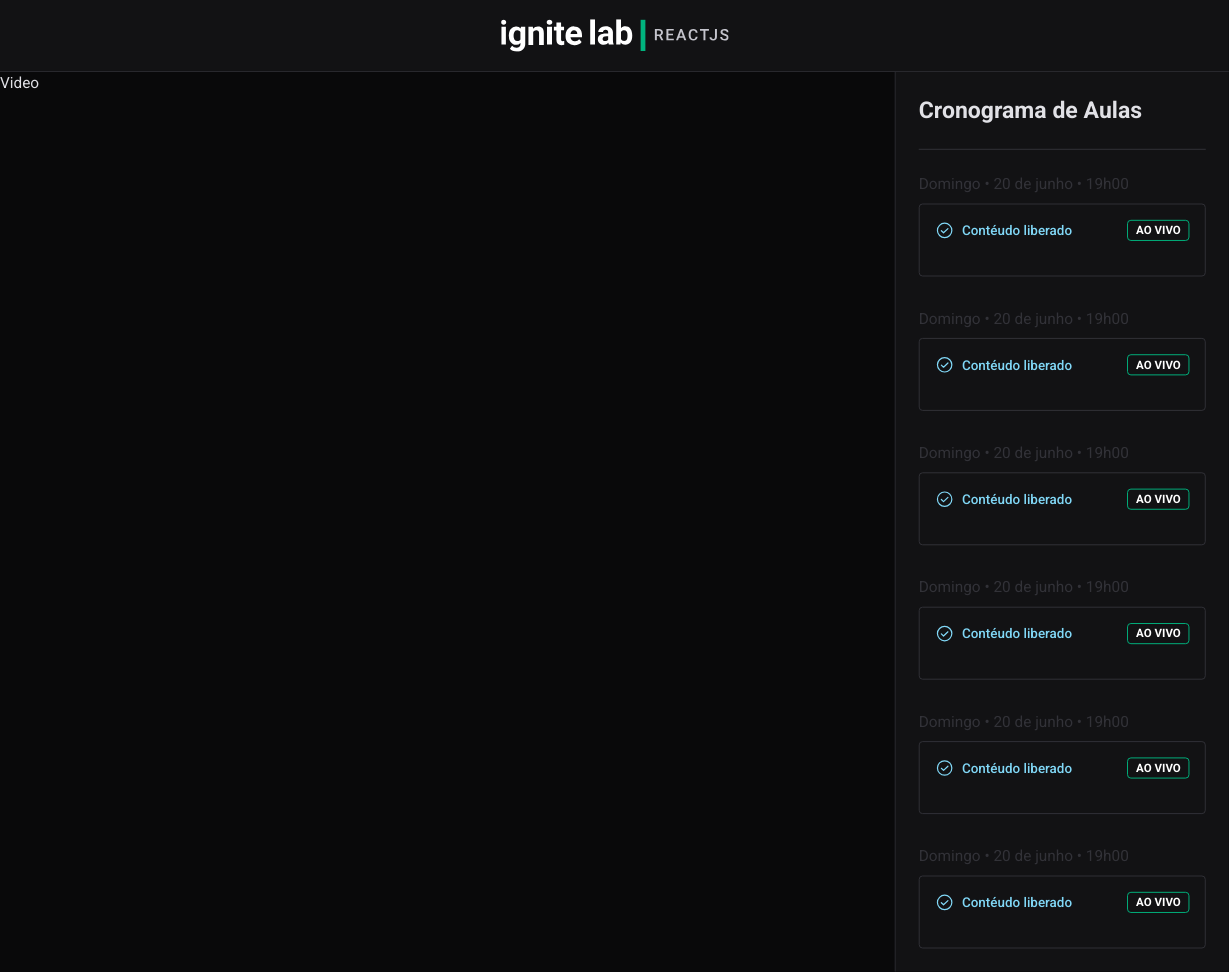
Repository: guilhermecardoso93/ignitelab
Page: /
These files come from the project's save history. The page is drawn as it stood at one moment and after the next save; the edit follows.
The browser window is 1280 px wide. The pictures show the whole page, at 96% of full size.
The project was rebuilt for these pictures with package versions that can differ from the ones it lists, and the page was loaded fresh each time. Also part of the build but not shown: vite.config.ts.

Above is the page before, as saved 2022-06-23 19:14:12.

### index.html
<!DOCTYPE html>
<html lang="en">
  <head>
    <meta charset="UTF-8" />
    <link rel="icon" type="image/svg+xml" href="/src/favicon.svg" />
    <link rel="preconnect" href="https://fonts.googleapis.com" />
    <link rel="preconnect" href="https://fonts.gstatic.com" crossorigin />
    <link
      href="https://fonts.googleapis.com/css2?family=Roboto:wght@400;500;700&display=swap"
      rel="stylesheet"
    />
    <meta name="viewport" content="width=device-width, initial-scale=1.0" />
    <title>Ignite Lab</title>
  </head>
  <body>
    <div id="root"></div>
    <script type="module" src="/src/main.tsx"></script>
  </body>
</html>

### src/main.tsx
import { ApolloProvider } from "@apollo/client";
import React from "react";
import ReactDOM from "react-dom/client";
import { App } from "./App";
import { client } from "./lib/apollo";

import "./styles/global.css";

ReactDOM.createRoot(document.getElementById("root")!).render(
  <React.StrictMode>
    <ApolloProvider client={client}>
      <App />
    </ApolloProvider>
  </React.StrictMode>
);

### src/App.tsx
import { Event } from "./pages/Event";

export function App() {
  return (
    <div>
      <Event />
    </div>
  );
}

### src/lib/apollo.ts
import { ApolloClient, InMemoryCache } from "@apollo/client";

export const client = new ApolloClient({
  uri: "https://api-sa-east-1.graphcms.com/v2/cl4orc0220r0201xnfce43eoi/master",
  cache: new InMemoryCache()
});

### src/pages/Event.tsx
import { Header } from "../components/Header";
import { Sidebar } from "../components/Sidebar";
import { Video } from "../components/Video";

export function Event() {
  return (
    <div className="flex flex-col min-h-screen">
      <Header />
      <main className="flex flex-1">
        <Video />
        <Sidebar />
      </main>
    </div>
  );
}

### src/components/Header/index.tsx
import { Logo } from "../Logo";

export function Header() {
  return (
    <header className='w-full py-5 flex items-center justify-center bg-gray-700 border-b border-gray-600'>
      <Logo/>
    </header>
  );
}

### src/components/Sidebar/index.tsx
import { Lesson } from "../Lesson";

export function Sidebar() {
  return (
    <aside className="w-[348px] bg-gray-700 p-6 border-l border-gray-600">
      <span className="font-bold text-2xl pb-6 mb-6 border-b border-gray-500 block">
        Cronograma de Aulas
      </span>

      <div className="flex flex-col gap-8">
        <Lesson/>
        <Lesson/>
        <Lesson/>
        <Lesson/>
        <Lesson/>
        <Lesson/>
      </div>
    </aside>
  );
}

### src/components/Video/index.tsx
export function Video() {
  return (
    <div className='flex-1'>
      <h1>Video</h1>
    </div>

  );
}

### src/components/Logo/index.tsx
export function Logo() {
  return (
    <svg
      xmlns="http://www.w3.org/2000/svg"
      width="237"
      height="34"
      fill="none"
      viewBox="0 0 237 34"
    >
      <path
        fill="#fff"
        d="M.002 3.112a2.49 2.49 0 01.165-.987c.12-.314.304-.595.535-.83A2.906 2.906 0 012.615.572c.698 0 1.374.257 1.912.723.23.24.412.524.536.837a2.701 2.701 0 010 1.979 2.568 2.568 0 01-.536.837 2.889 2.889 0 01-1.907.723 2.901 2.901 0 01-1.908-.723 2.458 2.458 0 01-.538-.84 2.645 2.645 0 01-.172-.996zm4.96 23.146H.273V7.862h4.689v18.397zM8.012 16.973c0-2.853.686-5.145 2.055-6.883a6.653 6.653 0 015.528-2.606 5.869 5.869 0 014.802 2.09l.2-1.751h4.538v17.95a7.891 7.891 0 01-1.12 4.246 7.243 7.243 0 01-3.147 2.752 11.155 11.155 0 01-4.742.94c-1.378 0-2.74-.279-4.008-.812a7.08 7.08 0 01-2.946-2.11l2.208-3.02a5.905 5.905 0 004.543 2.08 4.356 4.356 0 003.104-1.059 3.938 3.938 0 001.103-2.993v-.994a5.775 5.775 0 01-4.555 1.935 6.647 6.647 0 01-3.05-.652 6.615 6.615 0 01-2.408-1.967c-1.397-1.752-2.085-4.089-2.085-6.942v-.21h-.025l.005.006zm4.997.355a6.723 6.723 0 001.026 3.956 3.233 3.233 0 002.799 1.443c.651.045 1.3-.088 1.878-.39a3.52 3.52 0 001.396-1.305v-7.825a3.448 3.448 0 00-1.374-1.305 3.504 3.504 0 00-1.86-.39 3.28 3.28 0 00-1.61.365 3.22 3.22 0 00-1.219 1.103c-.688.975-1.036 2.418-1.036 4.348zM33.098 7.833l.158 2.196a6.527 6.527 0 012.371-1.927 6.38 6.38 0 012.971-.62c1.97 0 3.438.597 4.39 1.79.953 1.194 1.456 2.936 1.486 5.293v12.249h-4.962V14.683a3.367 3.367 0 00-.684-2.344 3.086 3.086 0 00-1.069-.598 3.008 3.008 0 00-1.211-.13 3.349 3.349 0 00-1.821.454c-.553.32-1.01.794-1.313 1.367v13.37H28.45V7.845l4.647-.012zM47.512 3.112a2.304 2.304 0 01.185-.988 2.42 2.42 0 01.59-.831A3.439 3.439 0 0150.404.57c.772 0 1.52.256 2.117.723.508.486.792 1.142.792 1.826 0 .683-.284 1.34-.792 1.826a3.417 3.417 0 01-2.11.723c-.77 0-1.517-.257-2.11-.723a2.47 2.47 0 01-.594-.839 2.342 2.342 0 01-.19-.994h-.005zm5.483 23.149h-5.18V7.86h5.18v18.4zM62.454 3.334v4.612h3.107v3.677h-3.107v9.382c-.05.53.091 1.063.395 1.495a1.824 1.824 0 001.473.45c.476.002.95-.035 1.421-.114v3.803a9.672 9.672 0 01-2.939.449c-3.398 0-5.128-1.775-5.19-5.32V11.644h-2.642V7.968h2.643V3.356h4.841v-.025l-.002.003zM76.487 27.08a9.277 9.277 0 01-6.759-2.55c-1.74-1.699-2.605-3.957-2.605-6.797v-.494a11.295 11.295 0 011.098-5.08 8.141 8.141 0 013.111-3.465 8.72 8.72 0 014.59-1.22c2.577 0 4.62.815 6.098 2.449 1.478 1.633 2.226 3.94 2.226 6.929v2.055h-12.01a4.665 4.665 0 001.473 2.971 4.487 4.487 0 003.111 1.111 5.426 5.426 0 004.548-2.115l2.476 2.781a7.506 7.506 0 01-3.07 2.507 9.81 9.81 0 01-4.287.916v.002zm-.594-15.514a3.127 3.127 0 00-2.428 1.012 5.405 5.405 0 00-1.188 2.912h7.006v-.405a3.749 3.749 0 00-.908-2.608 3.252 3.252 0 00-2.45-.908h-.03l-.002-.003zM97.771 26.259h-4.957V0h4.957V26.26zM112.209 26.259c-.227-.444-.392-.997-.496-1.659-1.196 1.333-2.751 2.002-4.666 2.002-1.811 0-3.314-.523-4.504-1.572-1.191-1.049-1.786-2.372-1.786-3.966 0-1.96.725-3.464 2.179-4.513 1.453-1.049 3.553-1.58 6.3-1.59h2.273v-1.06c0-.854-.22-1.54-.659-2.051-.44-.513-1.131-.77-2.078-.77-.832 0-1.486.2-1.957.6-.474.4-.708.945-.708 1.64h-4.941c0-1.07.331-2.062.992-2.973.662-.91 1.597-1.626 2.804-2.144 1.206-.518 2.564-.778 4.069-.778 2.28 0 4.089.573 5.429 1.718 1.34 1.145 2.009 2.756 2.009 4.83v8.017c.012 1.754.256 3.082.735 3.983v.29h-4.992l-.003-.004zm-4.086-3.435c.728 0 1.402-.163 2.016-.486.614-.326 1.071-.76 1.367-1.308v-3.181h-1.846c-2.472 0-3.79.854-3.948 2.564l-.017.291c0 .614.217 1.123.649 1.523.434.4 1.026.6 1.779.6v-.003zM136.58 17.183c0 2.963-.632 5.273-1.898 6.931-1.265 1.659-3.032 2.488-5.3 2.488-2.006 0-3.608-.77-4.805-2.308l-.222 1.967h-4.444V.001h4.94v9.418c1.14-1.332 2.638-2 4.496-2 2.256 0 4.025.828 5.308 2.487 1.283 1.658 1.923 3.992 1.923 7v.274l.002.003zm-4.94-.358c0-1.868-.296-3.233-.889-4.094-.592-.861-1.475-1.29-2.65-1.29-1.572 0-2.655.643-3.247 1.932v7.299c.604 1.298 1.697 1.95 3.282 1.95 1.584 0 2.643-.788 3.146-2.36.239-.752.358-1.897.358-3.437z"
      ></path>
      <path
        fill="#C4C4CC"
        d="M164.51 17.501h-2.283v4.53h-2.048v-11.78h4.143c1.36 0 2.408.306 3.149.915.74.61 1.108 1.493 1.108 2.648 0 .787-.19 1.449-.57 1.98-.38.532-.911.94-1.59 1.226l2.646 4.906v.106h-2.194l-2.364-4.531h.003zm-2.283-1.65h2.105c.691 0 1.229-.176 1.619-.524.39-.348.582-.824.582-1.429 0-.604-.18-1.12-.538-1.466-.358-.345-.893-.523-1.606-.533h-2.162V15.85zM179.066 16.773h-4.839v3.625h5.656v1.634h-7.704V10.25h7.648v1.65h-5.6v3.253h4.839v1.62zM189.803 19.29h-4.565l-.955 2.744h-2.127l4.452-11.783h1.836l4.459 11.783h-2.137l-.963-2.744zm-3.99-1.65h3.415l-1.707-4.89-1.708 4.89zM204.716 18.197c-.119 1.256-.583 2.238-1.392 2.941-.81.703-1.885 1.056-3.228 1.056-.938 0-1.764-.222-2.48-.668-.715-.445-1.266-1.079-1.656-1.898-.387-.82-.589-1.772-.607-2.858v-1.1c0-1.11.198-2.09.59-2.937.392-.846.96-1.5 1.695-1.96.736-.458 1.587-.688 2.554-.688 1.301 0 2.347.353 3.139 1.057.792.703 1.254 1.7 1.385 2.99h-2.039c-.096-.846-.343-1.458-.74-1.833-.397-.375-.977-.563-1.745-.563-.89 0-1.574.326-2.05.977-.479.652-.721 1.605-.733 2.863v1.044c0 1.273.227 2.245.683 2.917.457.668 1.123 1.004 2.004 1.004.805 0 1.409-.18 1.814-.543.405-.363.661-.962.77-1.804h2.038l-.002.003zM216.481 11.902h-3.674v10.132h-2.031V11.902h-3.642V10.25h9.347v1.65zM222.759 10.251h2.039v8.262c0 1.127-.353 2.023-1.057 2.687-.703.664-1.633.995-2.788.995-1.229 0-2.179-.311-2.848-.93-.669-.62-1.004-1.484-1.004-2.59h2.038c0 .627.156 1.096.467 1.412.31.316.76.474 1.347.474.55 0 .989-.183 1.315-.545.326-.366.489-.867.489-1.51V10.25h.002zM234.952 18.999c0-.518-.183-.918-.545-1.197-.363-.279-1.022-.563-1.972-.849-.95-.286-1.705-.604-2.265-.955-1.074-.674-1.612-1.555-1.612-2.638 0-.95.388-1.732 1.163-2.347.774-.614 1.779-.922 3.015-.922.819 0 1.55.15 2.194.454a3.597 3.597 0 011.513 1.29c.367.558.55 1.177.55 1.858h-2.038c0-.614-.193-1.095-.578-1.443-.385-.348-.938-.524-1.656-.524-.668 0-1.189.144-1.557.43-.37.286-.555.686-.555 1.197 0 .432.2.792.6 1.08.399.29 1.056.57 1.974.842.918.271 1.653.582 2.208.93.556.348.963.748 1.222 1.197.259.452.387.977.387 1.582 0 .982-.375 1.762-1.127 2.342-.753.58-1.775.87-3.063.87a5.755 5.755 0 01-2.352-.473c-.715-.316-1.27-.75-1.668-1.308-.397-.555-.594-1.204-.594-1.942h2.048c0 .669.222 1.187.664 1.555.441.367 1.075.55 1.902.55.713 0 1.246-.143 1.607-.432.357-.288.538-.671.538-1.145l-.003-.002z"
      ></path>
      <path fill="#00B37E" d="M150.271 33.146h-4.958V.57h4.958v32.576z"></path>
    </svg>
  );
}

### src/components/Lesson/index.tsx
import { CheckCircle } from "phosphor-react";

interface LessonProps {
  title: string;
  slug: string;
  availableAt: Date;
  type: "Live" | "Class";
}

export function Lesson(props: LessonProps) {
  return (
    <a href="#">
      <span className="text-gray-500">Domingo • 20 de junho • 19h00</span>

      <div className="rounded border border-gray-500 p-4 mt-2">
        <header className="flex items-center justify-between">
          <span className="text-sm text-blue-500 font-medium flex items-center gap-2">
            <CheckCircle size={20} />
            Contéudo liberado{" "}
          </span>
          <span className="text-xs rounded px-2 py-[0.125rem] text-white border border-green-300 font-bold">
            AO VIVO
          </span>
        </header>
        <strong className="mt-5 text-gray-200 block">
          {props.title}
        </strong>
      </div>
    </a>
  );
}

### tailwind.config.js
/** @type {import('tailwindcss').Config} */
module.exports = {
  content: ["./src/**/*.tsx"],
  theme: {
    extend: {
      fontFamily: {
        sans: "Roboto, sans-serif"
      },
      colors: {
        green: {
          300: "#00B37E",
          500: "#00875F",
          700: "#015F43"
        },
        blue: {
          500: "#81D8F7"
        },
        orange: {
          500: "#FBA94C"
        },
        red: {
          500: "#F75A68"
        },
        gray: {
          100: "#E1E1E6",
          200: "#C4C4CC",
          300: "#8D8D99",
          500: "#323238",
          600: "#29292E",
          700: "#121214",
          900: "#09090A"
        }
      }
    }
  },
  plugins: []
};

Loaded but not shown: src/styles/global.css (common file)

After the next save:
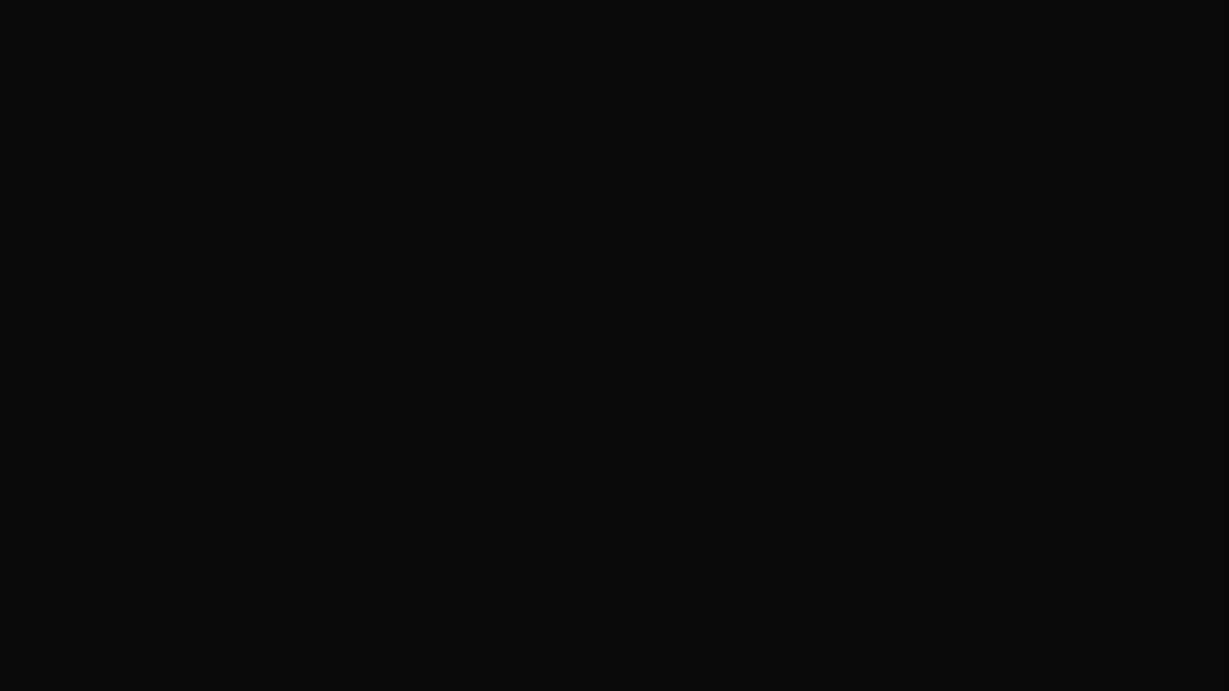
Console error: TypeError: Cannot read properties of undefined (reading 'toString')
Saved 52 s later.
--- a/src/components/Lesson/index.tsx
+++ b/src/components/Lesson/index.tsx
@@ -10,7 +10,7 @@
 export function Lesson(props: LessonProps) {
   return (
     <a href="#">
-      <span className="text-gray-500">Domingo • 20 de junho • 19h00</span>
+      <span className="text-gray-500">{props.availableAt.toString()}</span>
 
       <div className="rounded border border-gray-500 p-4 mt-2">
         <header className="flex items-center justify-between">

After the 4 saves that followed:
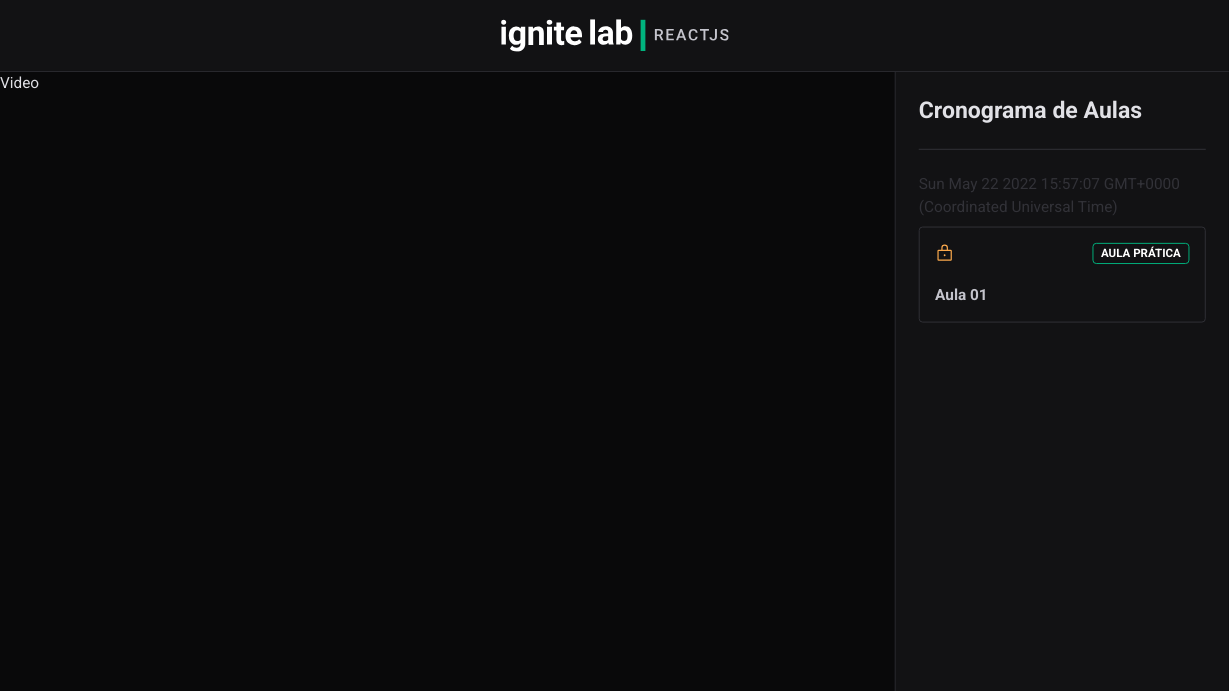
The error is gone.
The 4 saves are shown as one change because 2 left the picture as it was and some came seconds apart.
The last was saved 7 min 12 s later.
--- a/src/components/Sidebar/index.tsx
+++ b/src/components/Sidebar/index.tsx
@@ -8,12 +8,12 @@
       </span>
 
       <div className="flex flex-col gap-8">
-        <Lesson/>
-        <Lesson/>
-        <Lesson/>
-        <Lesson/>
-        <Lesson/>
-        <Lesson/>
+        <Lesson
+          title="Aula 01"
+          slug="aula-01"
+          availableAt={new Date()}
+          type="class"
+        />
       </div>
     </aside>
   );
--- a/src/components/Lesson/index.tsx
+++ b/src/components/Lesson/index.tsx
@@ -1,30 +1,35 @@
-import { CheckCircle } from "phosphor-react";
+import { CheckCircle, Lock } from "phosphor-react";
 
 interface LessonProps {
   title: string;
   slug: string;
   availableAt: Date;
-  type: "Live" | "Class";
+  type: "live" | "class";
 }
 
 export function Lesson(props: LessonProps) {
+  const isLessonAvailable = false;
+
   return (
     <a href="#">
       <span className="text-gray-500">{props.availableAt.toString()}</span>
 
       <div className="rounded border border-gray-500 p-4 mt-2">
         <header className="flex items-center justify-between">
-          <span className="text-sm text-blue-500 font-medium flex items-center gap-2">
-            <CheckCircle size={20} />
-            Contéudo liberado{" "}
-          </span>
+          {isLessonAvailable ? (
+            <span className=" text-sm text-blue-500 font-medium flex items-center gap-2">
+              <CheckCircle size={20} />
+            </span>
+          ) : (
+            <span className=" text-sm text-orange-500 font-medium flex items-center gap-2">
+              <Lock size={20} />
+            </span>
+          )}
           <span className="text-xs rounded px-2 py-[0.125rem] text-white border border-green-300 font-bold">
-            AO VIVO
+            {props.type === "live" ? "AO VIVO" : "AULA PRÁTICA"}
           </span>
         </header>
-        <strong className="mt-5 text-gray-200 block">
-          {props.title}
-        </strong>
+        <strong className="mt-5 text-gray-200 block">{props.title}</strong>
       </div>
     </a>
   );
